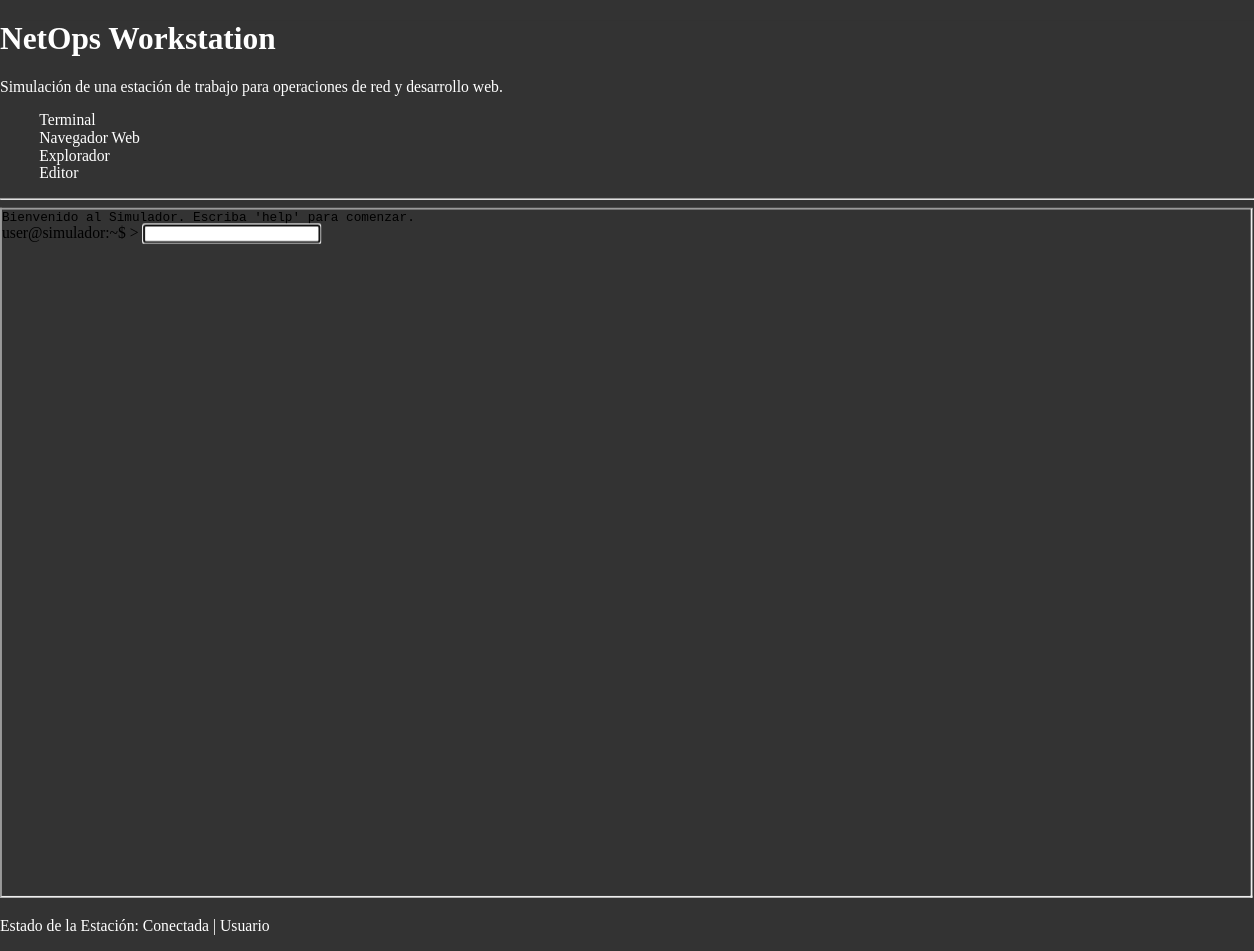
Repository: ValdezGalia/ProgramacionWebUcab
Page: lan-01.html
These files come from the project's save history. The page is drawn as it stood at one moment and after a run of saves; the edit follows.
The browser window is 1280 px wide. The pictures show the whole page, at 98% of full size.

Above is the page before, as saved 2025-11-13 16:06:40.

### lan-01.html
<!DOCTYPE html>
<html lang="es">

<head>
    <meta charset="UTF-8">
    <meta name="viewport" content="width=device-width, initial-scale=1.0">
    <meta name="author" content="Orlando Valdez / Jenry Youssef / Oscar Torres">
    <link rel="stylesheet" href="/style/lan-01.css">
    <title>NetOps Workstation: Estación de Trabajo</title>
</head>

<body>

    <header>
        <h1>NetOps Workstation</h1>
        <p>Simulación de una estación de trabajo para operaciones de red y desarrollo web.</p>
    </header>

    <main id="workstation-container">

        <nav id="app-navigation" aria-label="Aplicaciones de la estación de trabajo">
            <ul id="app-list">
                <li><a href="#" data-tool="lineaComandos">Terminal</a></li>
                <li><a href="#" data-tool="navegador">Navegador Web</a></li>
                <li><a href="#" data-tool="exploradorArchivos">Explorador</a></li>
                <li><a href="#" data-tool="editorArchivo">Editor</a></li>
            </ul>
        </nav>

        <hr>
        <!-- Contenedor de herramientas de forma dinamica y sostenible -->
        <section id="application-display">
            <iframe id="tool-iframe" src="pages/lineaComandos.html" sandbox="allow-scripts allow-same-origin"
                title="Aplicación interactiva" width="99.5%" height="700px"></iframe>
        </section>

    </main>

    <footer aria-label="Estado y Diagnóstico">
        <p>Estado de la Estación: Conectada | <span class="user">Usuario</span></p>
    </footer>

    <script>
        document.addEventListener('DOMContentLoaded', () => {
            const iframe = document.getElementById('tool-iframe');
            const navLinks = document.querySelectorAll('#app-list a');

            navLinks.forEach(link => {
                link.addEventListener('click', (event) => {
                    event.preventDefault();

                    const toolName = event.target.dataset.tool;
                    const newSrc = `pages/${toolName}.html`;

                    iframe.src = newSrc;

                    /*Esto aun no hace nada ya que aun no se implementa la logica que distige la clase active*/
                    navLinks.forEach(navLink => navLink.classList.remove('active'));
                    event.target.classList.add('active');
                });
            });
        });
    </script>

</body>

</html>

### style/lan-01.css
html, body{
    padding: 0;
    margin: 0;
    background-color: #333;
    color: white
}

nav ul li{
    list-style: none;
}

nav ul li a{
    text-decoration: none;
    color: white;
    padi
}

### pages/lineaComandos.html
<!DOCTYPE html>
<html lang="es">
<head>
    <meta charset="UTF-8">
    <meta name="viewport" content="width=device-width, initial-scale=1.0">
    <meta name="description" content="Un linea de comandos (CLI) basada en diseño de la de linux">
    <link rel="stylesheet" href="/style/commandline.css">
    <title>Linea de comandos</title>
</head>
<body>
    <div id="terminal-window">
        <pre id="terminal-output">Bienvenido al Simulador. Escriba 'help' para comenzar.</pre>

        <div id="command-line">
            <span id="prompt">user@simulador:~$ > </span>
            <input type="text" id="command-input" autofocus>
        </div>
    </div>
</body>
</html>

### style/commandline.css
* {
    margin: 0px;
    padding: 0px;
}

html, body{
    margin: 0;
    padding: 0;
    width: 100%;
    height: 100%;
    overflow: hidden;
    background-color: #333;
}

textarea{
    display: block;
    display: block;
    width: 100%;
    height: 100%;
    box-sizing: border-box;
    border: none;
    outline: none;
    resize: none;
    font-family: monospace;
    padding: 10px;
    background-color: #2036;
    color: white;
}

After the next 2 saves:
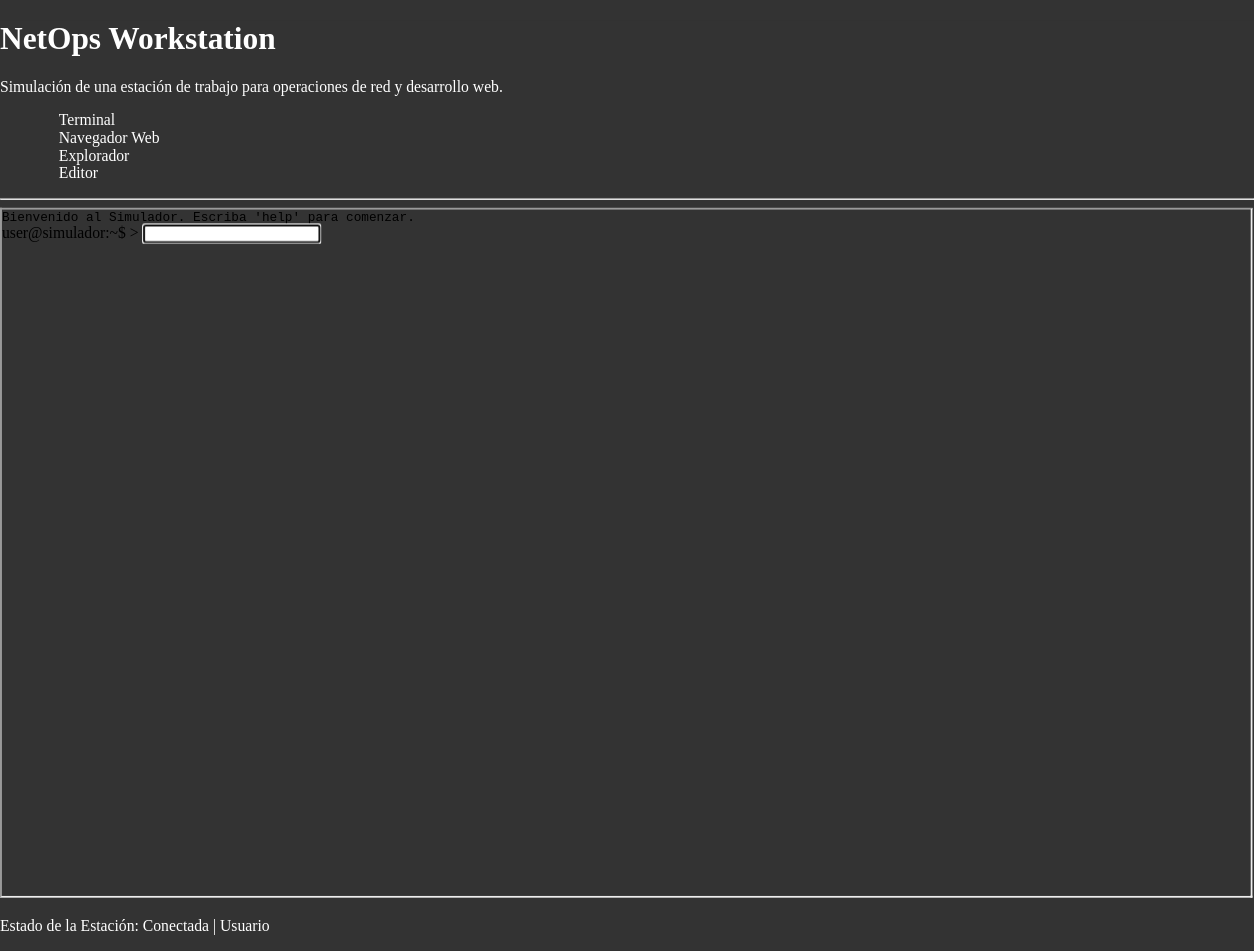
The 2 saves are shown as one change because they came seconds apart.
The last was saved 7 s later.
--- a/style/lan-01.css
+++ b/style/lan-01.css
@@ -12,5 +12,5 @@ nav ul li{
 nav ul li a{
     text-decoration: none;
     color: white;
-    padi
+    padding: 20px;
 }
